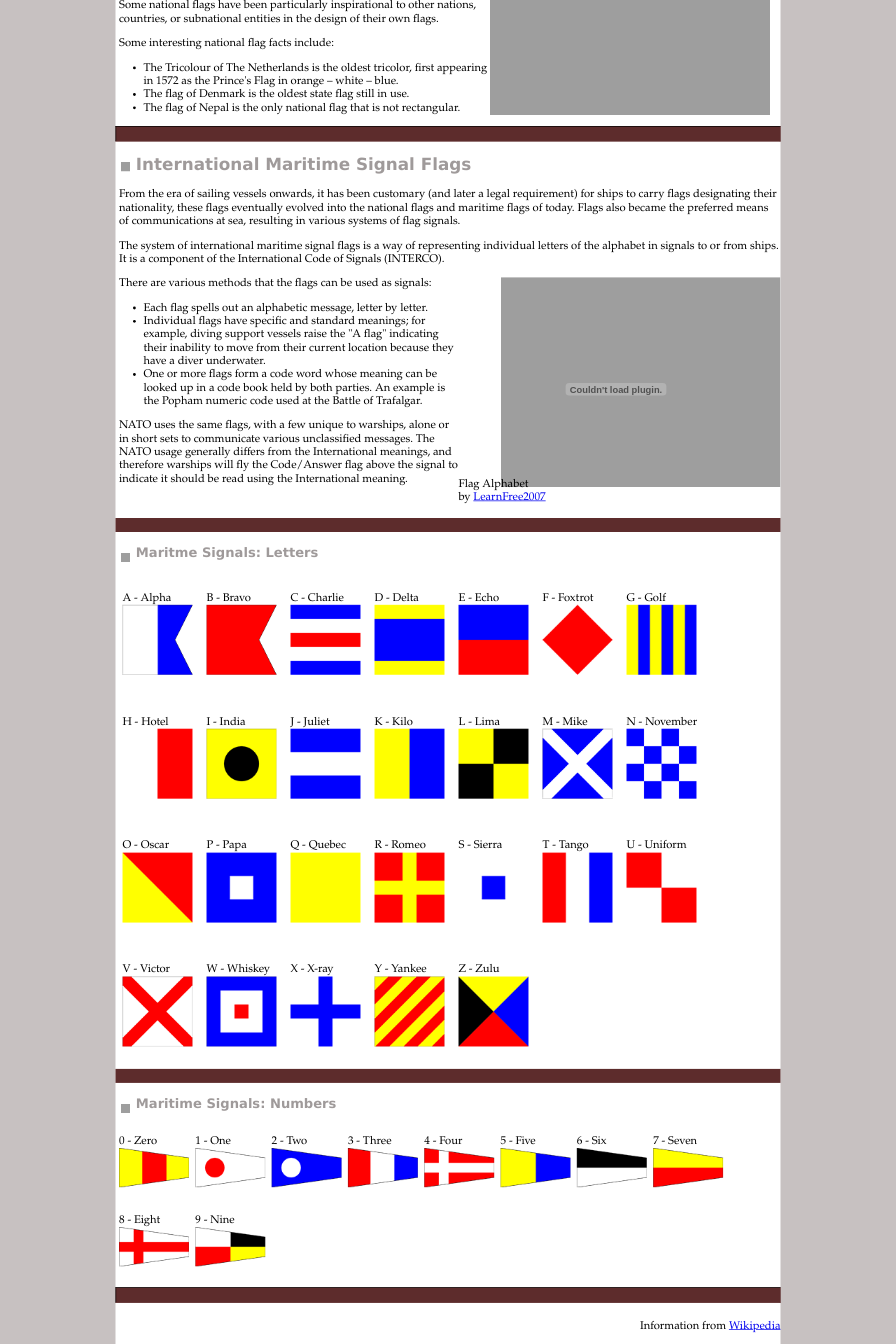
Repository: gabroon/coursework_web
Page: Flags.htm
The author's editor kept a record of every edit. The page is drawn from the files as they stood at one moment, then again after the next edit.
The browser window is 1280 px wide. The pictures show the part of the page from y = 1060 to 2980 px (the page is 2980 px tall before and 2918 px after), at 70% of full size.
Pictures or frames that could not be fetched are drawn as grey boxes.

Above is the page before.

After the next edit:
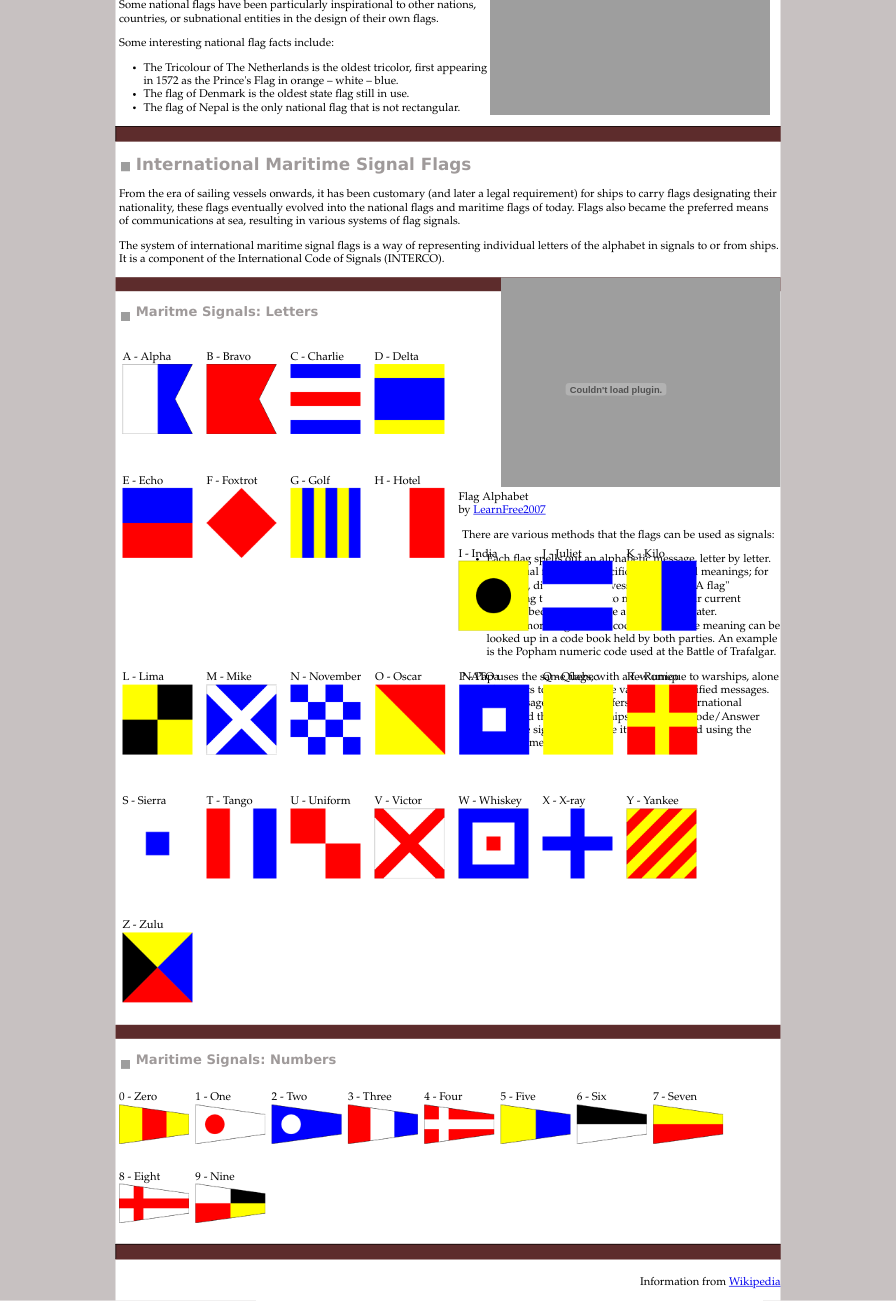
The edit:
--- a/Flags.htm
+++ b/Flags.htm
@@ -199,6 +199,7 @@
             <PARAM name="allowscriptaccess"
             value="always">
           </OBJECT>
+          <DIV>
           <BR>
           Flag Alphabet
           <BR>

After the edit that followed:
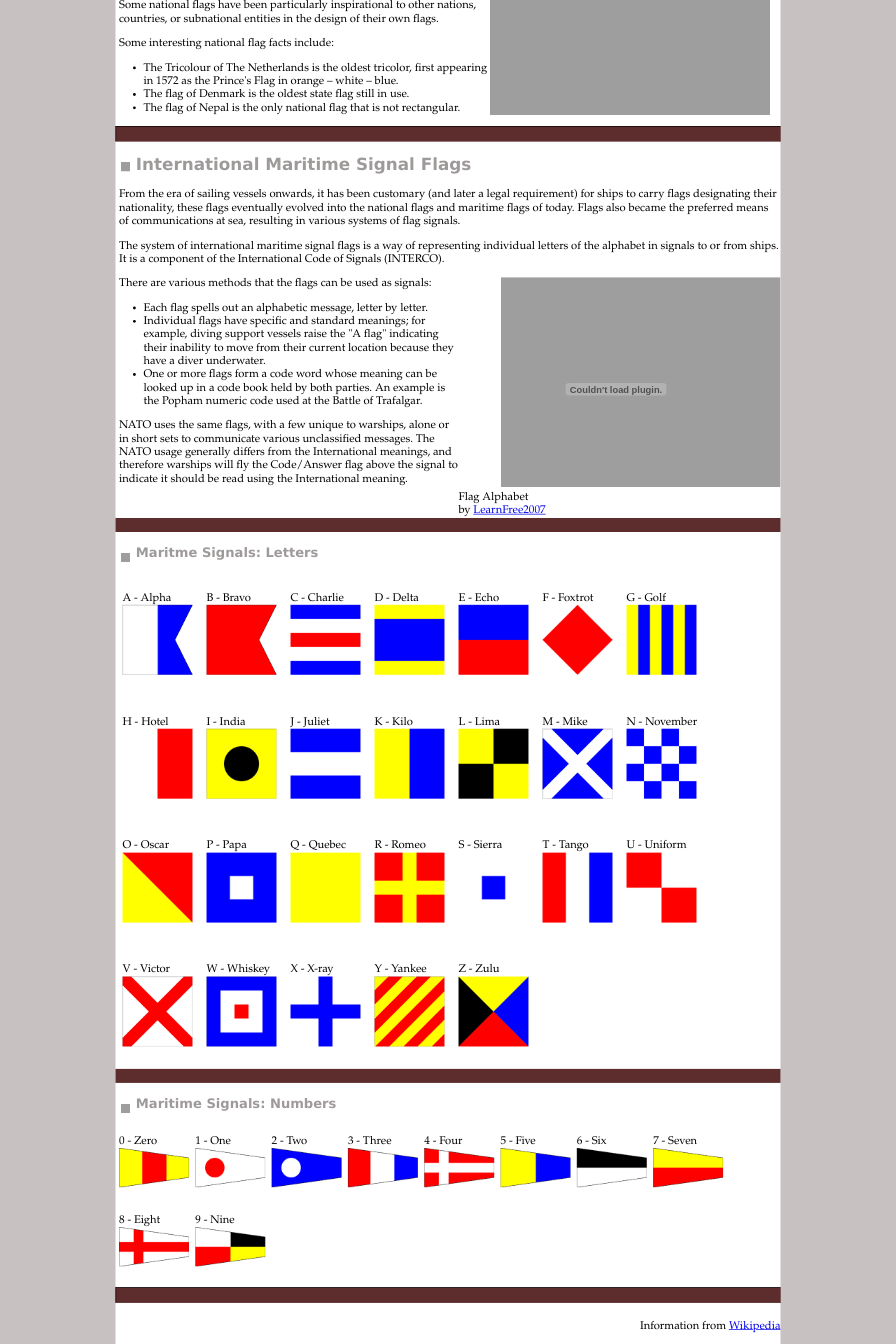
The edit:
--- a/Flags.htm
+++ b/Flags.htm
@@ -207,6 +207,7 @@
           <A href="http://www.youtube.com/user/LearnFree2007">
             LearnFree2007
           </A>
+          </DIV>
         </DIV>
         <P>
           There are various methods that the flags can be used as signals:
